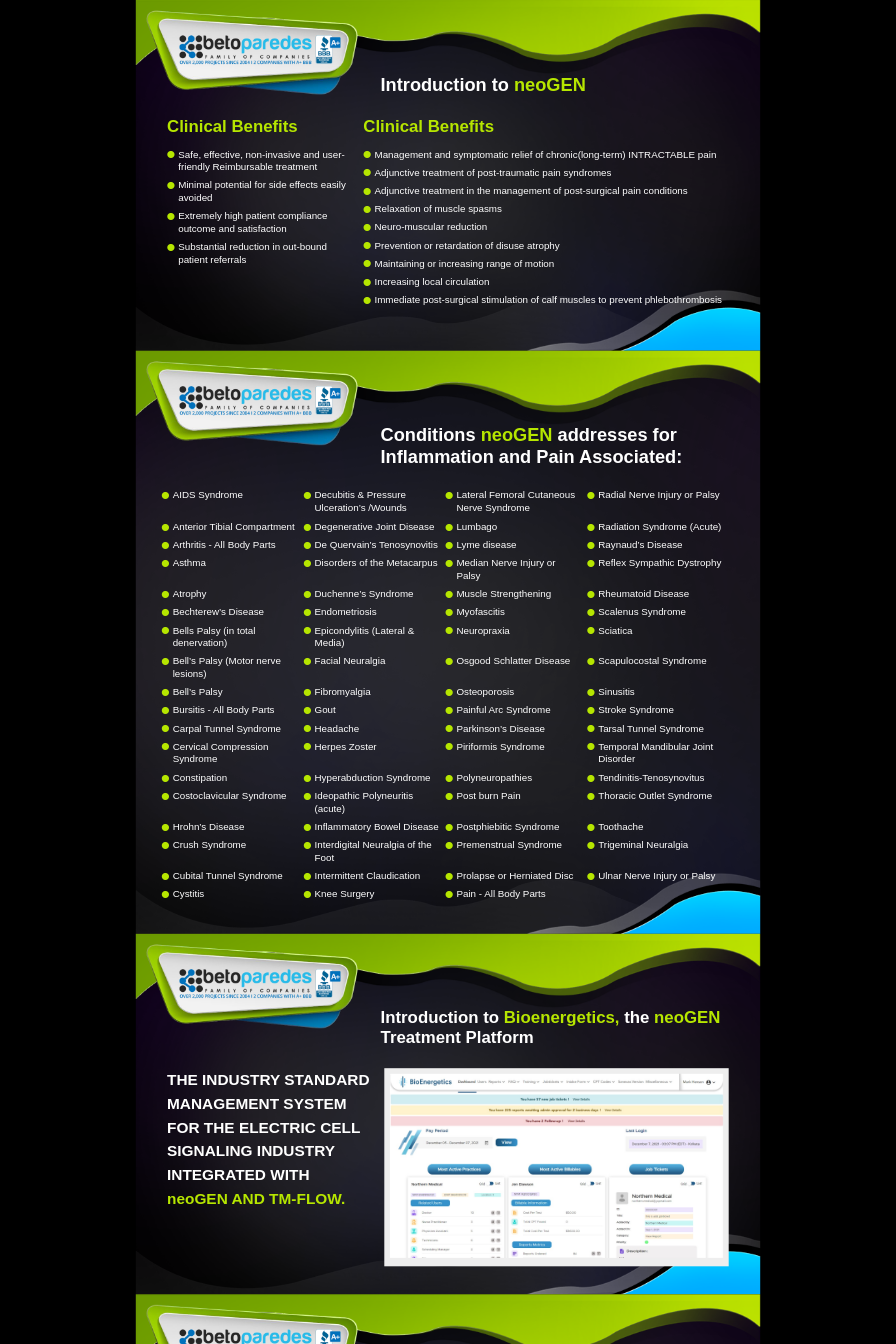
Repository: koushikbiswas/Beto_Paredes_Family_Opportunities_Intro_Deck
Page: slide29.html
These files come from the project's save history. The page is drawn as it stood at one moment and after the next save; the edit follows.
The browser window is 1280 px wide. The pictures show the part of the page from y = 0 to 1920 px (the page is 6095 px tall before and 6416 px after), at 70% of full size.

Above is the page before, as saved 2021-12-22 11:01:31.

### slide29.html
<!DOCTYPE html>
<html lang="en">
<head>
    <meta charset="UTF-8">
    <meta http-equiv="X-UA-Compatible" content="IE=edge">
    <meta name="viewport" content="width=device-width, initial-scale=1.0">
    <title>Document</title>
    <link rel="stylesheet" href="assets/css/slide.css">
</head>
<body>
    <!-- -----------START SLIDE 19 HTML----------- -->
    <div class="pdfhomepagemain slide19">
        <div class="pdfmaincontainer">
            <div class="pdfheaderblock">
                <div class="pdfheaderblockinner">
                    <div class="pdflogowrapper">
                        <img src="assets/images/common/pdflogo.png" alt="logo">
                    </div>
                </div>
            </div>
            <div class="pdfmaincontent">
                <div class="pdfmaincontentinner">
                    <p>Introduction to <span>neoGEN</span></p>
                    <div class="pdfmaincontentlists">
                        <div class="pdfmaincontentlistsleft">
                            <h2>Clinical Benefits</h2>
                            <ul>
                                <li>Safe, effective, non-invasive and user-friendly Reimbursable treatment</li>
                                <li>Minimal potential for side effects easily avoided</li>
                                <li>Extremely high patient compliance outcome and satisfaction</li>
                                <li>Substantial reduction in out-bound patient referrals</li>
                            </ul>
                        </div>
                        <div class="pdfmaincontentlistsright">
                            <h2>Clinical Benefits</h2>
                            <ul>
                                <li>Management and symptomatic relief of chronic(long-term) INTRACTABLE pain</li>
                                <li>Adjunctive treatment of post-traumatic pain syndromes</li>
                                <li>Adjunctive treatment in the management of post-surgical pain conditions</li>
                                <li>Relaxation of muscle spasms</li>
                                <li>Neuro-muscular reduction</li>
                                <li>Prevention or retardation of disuse atrophy</li>
                                <li>Maintaining or increasing range of motion</li>
                                <li>Increasing local circulation</li>
                                <li>Immediate post-surgical stimulation of calf muscles to prevent phlebothrombosis</li>
                            </ul>
                        </div>
                    </div>
                </div>
            </div>
            <div class="pdffooterblock">
            </div>
        </div>
    </div> <!-------------END SLIDE 19 HTML------------->
    <!-- -----------START SLIDE 20 HTML----------- -->
    <div class="pdfhomepagemain slide20">
        <div class="pdfmaincontainer">
            <div class="pdfheaderblock">
                <div class="pdfheaderblockinner">
                    <div class="pdflogowrapper">
                        <img src="assets/images/common/pdflogo.png" alt="logo">
                    </div>
                </div>
            </div>
            <div class="pdfmaincontent">
                <div class="pdfmaincontentinner">
                    <p>Conditions <span>neoGEN</span> addresses for <br>Inflammation and Pain Associated:</p>
                    <div class="pdfmaincontentlists">
                       <ul>
                           <li>AIDS Syndrome</li>
                           <li>Decubitis & Pressure Ulceration’s /Wounds</li>
                           <li>Lateral Femoral Cutaneous Nerve Syndrome</li>
                           <li>Radial Nerve Injury or Palsy</li>

                           <li>Anterior Tibial Compartment</li>
                           <li>Degenerative Joint Disease</li>
                           <li>Lumbago</li>
                           <li>Radiation Syndrome (Acute)</li>

                           <li>Arthritis - All Body Parts</li>
                           <li>De Quervain’s Tenosynovitis</li>
                           <li>Lyme disease</li>
                           <li>Raynaud’s Disease</li>

                           <li>Asthma</li>
                           <li>Disorders of the Metacarpus</li>
                           <li>Median Nerve Injury or Palsy</li>
                           <li>Reflex Sympathic Dystrophy</li>

                           <li>Atrophy</li>
                           <li>Duchenne’s Syndrome</li>
                           <li>Muscle Strengthening</li>
                           <li>Rheumatoid Disease</li>

                           <li>Bechterew’s Disease</li>
                           <li>Endometriosis</li>
                           <li>Myofascitis</li>
                           <li>Scalenus Syndrome</li>

                           <li>Bells Palsy (in total denervation)</li>
                           <li>Epicondylitis (Lateral & Media)</li>
                           <li>Neuropraxia</li>
                           <li>Sciatica</li>

                           <li>Bell’s Palsy (Motor nerve lesions)</li>
                           <li>Facial Neuralgia</li>
                           <li>Osgood Schlatter Disease</li>
                           <li>Scapulocostal Syndrome</li>

                           <li>Bell’s Palsy</li>
                           <li>Fibromyalgia</li>
                           <li>Osteoporosis</li>
                           <li>Sinusitis</li>

                           <li>Bursitis - All Body Parts</li>
                           <li>Gout</li>
                           <li>Painful Arc Syndrome</li>
                           <li>Stroke Syndrome</li>

                           <li>Carpal Tunnel Syndrome</li>
                           <li>Headache</li>
                           <li>Parkinson’s Disease</li>
                           <li>Tarsal Tunnel Syndrome</li>

                           <li>Cervical Compression Syndrome</li>
                           <li>Herpes Zoster</li>
                           <li>Piriformis Syndrome</li>
                           <li>Temporal Mandibular Joint Disorder</li>

                           <li>Constipation</li>
                           <li>Hyperabduction Syndrome</li>
                           <li>Polyneuropathies</li>
                           <li>Tendinitis-Tenosynovitus</li>

                           <li>Costoclavicular Syndrome</li>
                           <li>Ideopathic Polyneuritis (acute)</li>
                           <li>Post burn Pain</li>
                           <li>Thoracic Outlet Syndrome</li>

                           <li>Hrohn’s Disease</li>
                           <li>Inflammatory Bowel Disease</li>
                           <li>Postphiebitic Syndrome</li>
                           <li>Toothache</li>

                           <li>Crush Syndrome</li>
                           <li>Interdigital Neuralgia of the Foot</li>
                           <li>Premenstrual Syndrome</li>
                           <li>Trigeminal Neuralgia</li>

                           <li>Cubital Tunnel Syndrome</li>
                           <li>Intermittent Claudication</li>
                           <li>Prolapse or Herniated Disc</li>
                           <li>Ulnar Nerve Injury or Palsy</li>

                           <li>Cystitis</li>
                           <li>Knee Surgery</li>
                           <li>Pain - All Body Parts </li>
                       </ul>
                    </div>
                </div>
            </div>
            <div class="pdffooterblock">
            </div>
        </div>
    </div> <!-------------END SLIDE 20 HTML------------->
    <!-- -----------START SLIDE 21 HTML----------- -->
    <div class="pdfhomepagemain slide21">
        <div class="pdfmaincontainer">
            <div class="pdfheaderblock">
                <div class="pdfheaderblockinner">
                    <div class="pdflogowrapper">
                        <img src="assets/images/common/pdflogo.png" alt="logo">
                    </div>
                </div>
            </div>
            <div class="pdfmaincontent">
                <div class="pdfmaincontentinner">
                    <p>Introduction to <span>Bioenergetics,</span> the <span>neoGEN</span><br>Treatment Platform</p>
                    <div class="pdfmaincontentinnerbottom">
                        <div class="pdfmaincontentinnerbottominner">
                            <p>THE INDUSTRY STANDARD <br>MANAGEMENT SYSTEM <br>FOR THE ELECTRIC CELL <br>SIGNALING INDUSTRY <br>INTEGRATED WITH <span><br>neoGEN AND TM-FLOW.</span></p>
                        </div>
                        <div class="pdfmainimgwrapper">
                               <img src="assets/images/slide21-screenimg.jpg" alt="slide21 screenimg">
                        </div>
                    </div>
                </div>
            </div>
            <div class="pdffooterblock">
            </div>
        </div>
    </div> <!-------------END SLIDE 21 HTML------------->
    <!-- -----------START SLIDE 22 HTML----------- -->
    <div class="pdfhomepagemain slide22">
        <div class="pdfmaincontainer">
            <div class="pdfheaderblock">
                <div class="pdfheaderblockinner">
                    <div class="pdflogowrapper">
                        <img src="assets/images/common/pdflogo.png" alt="logo">
                    </div>
                </div>
            </div>
            <div class="pdfmaincontent">
                <div class="pdfmaincontentinner">
                    <p>Introduction to <span>Bioenergetics,</span> the <span>neoGEN</span><br>Treatment Platform</p>
                    <div class="pdfmaincontentinnerbottom">
                        <div class="pdfmaincontentinnerbottominner">
                            <p>Bioenergetics was developed <br>through industry experts and the <br>LABS engineering division of the <br>Beto Paredes Family of <br>Companies. This is an enterprise <br>management system that works <br>with all required staff members <br>and multiple locations. All users <br>have the ability to collaborate on <br>medical device reporting data <br>and billing.</p>
                        </div>
                        <div class="pdfmainimgwrapper">
                            <img src="assets/images/slide22-screenimg.jpg" alt="slide22 screenimg">
                        </div>
                    </div>
                </div>
            </div>
            <div class="pdffooterblock">
            </div>
        </div>
    </div> <!-------------END SLIDE 22 HTML------------->
    <!-- -----------START SLIDE 23 HTML----------- -->
    <div class="pdfhomepagemain slide23">
        <div class="pdfmaincontainer">
            <div class="pdfheaderblock">
                <div class="pdfheaderblockinner">
                    <div class="pdflogowrapper">
                        <img src="assets/images/common/pdflogo.png" alt="logo">
                    </div>
                </div>
            </div>
            <div class="pdfmaincontent">
                <div class="pdfmaincontentinner">
                    <p>Introduction to <span>Bioenergetics, neoGEN</span><br>Treatment Platform</p>
                    <div class="pdfmaincontentinnerbottom">
                        <div class="pdfmaincontentinnerbottominner">
                            <p>Bioenergetics operates through <br>custom-engineered treatment <br>plans and algorithms built to <br>manage long term treatment <br>protocol and display validated <br>medical information. We have <br>coded the <span>LCD</span> requirements and <br>qualify encounter form and billing <br>information directly from the <br>reporting data. We fully prepare <br>encounter data for physician <br>review and digital signature.</p>
                        </div>
                        <div class="pdfmainimgwrapper">
                            <img src="assets/images/slide23-screenimg.jpg" alt="slide23 screenimg">
                        </div>
                    </div>
                </div>
            </div>
            <div class="pdffooterblock">
            </div>
        </div>
    </div> <!-------------END SLIDE 23 HTML------------->
    <!-- -----------START SLIDE 24 HTML----------- -->
    <div class="pdfhomepagemain slide24">
        <div class="pdfmaincontainer">
            <div class="pdfheaderblock">
                <div class="pdfheaderblockinner">
                    <div class="pdflogowrapper">
                        <img src="assets/images/common/pdflogo.png" alt="logo">
                    </div>
                </div>
            </div>
            <div class="pdfmaincontent">
                <div class="pdfmaincontentinner">
                    <p>Introduction to <span>Bioenergetics, neoGEN</span><br>Treatment Platform</p>
                    <div class="pdfmaincontentinnerbottom">
                        <div class="pdfmaincontentinnerbottominner">
                            <p>Our management system was <br>developed in collaboration with <br>one of the largest medical device <br>manufacturers in the United <br>States. They currently have 8,000 <br>electric cell signaling devices in <br>the field. We also represent their <br>neoGEN product in combination <br>with the sale of this treatment <br>management platform.</p>
                        </div>
                        <div class="pdfmainimgwrapper">
                            <img src="assets/images/slide24-screenimg.jpg" alt="slide24 screenimg">
                        </div>
                    </div>
                </div>
            </div>
            <div class="pdffooterblock">
            </div>
        </div>
    </div> <!-------------END SLIDE 24 HTML------------->
    <!-- -----------START SLIDE 25 HTML----------- -->
    <div class="pdfhomepagemain slide25">
        <div class="pdfmaincontainer">
            <div class="pdfheaderblock">
                <div class="pdfheaderblockinner">
                    <div class="pdflogowrapper">
                        <img src="assets/images/common/pdflogo.png" alt="logo">
                    </div>
                </div>
            </div>
            <div class="pdfmaincontent">
                <div class="pdfmaincontentinner">
                    <p>Introduction to Practice Presence – <br><span>Online Marketing Web for Practices</span></p>
                    <div class="pdfmaincontentinnerbottom">
                        <div class="pdfmaincontentinnerbottominner">
                            <p>PRACTICE PRESENCE IS A FULL MARKETING WEBSITE BUILT FOR <span>DOCTORS, HOSPITALS AND PHYSICIAN PRACTICES.</span></p>
                        </div>
                        <div class="pdfmainimgwrapper">
                               <img src="assets/images/slide25-screenimg.png" alt="slide25 screenimg">
                        </div>
                    </div>
                </div>
            </div>
            <div class="pdffooterblock">
            </div>
        </div>
    </div> <!-------------END SLIDE 25 HTML------------->
    <!-- -----------START SLIDE 26 HTML----------- -->
    <div class="pdfhomepagemain slide26">
        <div class="pdfmaincontainer">
            <div class="pdfheaderblock">
                <div class="pdfheaderblockinner">
                    <div class="pdflogowrapper">
                        <img src="assets/images/common/pdflogo.png" alt="logo">
                    </div>
                </div>
            </div>
            <div class="pdfmaincontent">
                <div class="pdfmaincontentinner">
                    <p>Introduction to Practice Presence – <br><span>Online Marketing Web for Practices</span></p>
                    <div class="pdfmaincontentinnerbottom">
                        <div class="pdfmaincontentinnerbottominner">
                            <p>Practice Presence was developed <br>to support the <span>practices, hospitals, <br>and medical facilities</span> with <br>marketing the cutting-edge <br>programs we represent to their <br>patients. Each web comes with <br>full marketing materials and <br>information for download <br>explaining <span>neoGEN and TM-Flow</span> <br>in a way that patients <br>can understand.</p>
                        </div>
                        <div class="pdfmainimgwrapper">
                            <img src="assets/images/slide26-screenimg.png" alt="slide26 screenimg">
                        </div>
                    </div>
                </div>
            </div>
            <div class="pdffooterblock">
            </div>
        </div>
    </div> <!-------------END SLIDE 26 HTML------------->

    <!-- -----------START SLIDE 27 HTML----------- -->
    <div class="pdfhomepagemain slide27">
        <div class="pdfmaincontainer">
            <div class="pdfheaderblock">
                <div class="pdfheaderblockinner">
                    <div class="pdflogowrapper">
                        <img src="assets/images/common/pdflogo.png" alt="logo">
                    </div>
                </div>
            </div>
            <div class="pdfmaincontent">
                <div class="pdfmaincontentinner">
                    <p>Introduction to Practice Presence – <br><span>Online Marketing Web for Practices</span></p>
                    <div class="pdfmaincontentinnerbottom">
                        <div class="pdfmaincontentinnerbottominner">
                            <p>The <span>Beto Paredes Family of <br>Companies have been leaders in <br>website development since 2004</span>. <br>In that time, we have built the <br>ultimate website marketing system <br>for medical. The full suite comes <br>with video pages, full staff entry, <br>physician journaling, testimonial <br>software, services listings, and <br>social sharing programs.</p>
                        </div>
                        <div class="pdfmainimgwrapper">
                            <img src="assets/images/slide27-screenimg.png" alt="slide27 screenimg">
                        </div>
                    </div>
                </div>
            </div>
            <div class="pdffooterblock">
            </div>
        </div>
    </div> <!-------------END SLIDE 27 HTML------------->

    <!-- -----------START SLIDE 28 HTML----------- -->
    <div class="pdfhomepagemain slide28">
        <div class="pdfmaincontainer">
            <div class="pdfheaderblock">
                <div class="pdfheaderblockinner">
                    <div class="pdflogowrapper">
                        <img src="assets/images/common/pdflogo.png" alt="logo">
                    </div>
                </div>
            </div>
            <div class="pdfmaincontent">
                <div class="pdfmaincontentinner">
                    <p>Introduction to Practice Presence – <br><span>Online Marketing Web for Practices</span></p>
                    <p class="parabottom">Combining all the practice’s current information <br>with new program details, clients make a serious <br>impact facilitating <span>TM-Flow and <br>neoGEN</span> treatments. Although our website <br>software outperforms most medical marketing <br>websites it is only available as an add on sale <br>for practices that purchase our products.</p>
                </div>
            </div>
            <div class="pdffooterblock">
            </div>
        </div>
    </div> <!-------------END SLIDE 28 HTML------------->
    <!-- -----------START SLIDE 29 HTML----------- -->
    <div class="pdfhomepagemain slide29">
        <div class="pdfmaincontainer">
            <div class="pdfheaderblock">
                <div class="pdfheaderblockinner">
                    <div class="pdflogowrapper">
                        <img src="assets/images/common/pdflogo.png" alt="logo">
                    </div>
                </div>
            </div>
            <div class="pdfmaincontent">
                <div class="pdfmaincontentinner">
                    <h2><span>Over</span> 2,000 PROJECT SINCE 2004 <br>2 COMPANIES WITH A+ BBB</h2>
                    <h1>THANK YOU FOR REVIEWING THE OPPORTUNITY WITH US HERE AT THE BETO PAREDES FAMILY OF COMPANIES. WE REALLY HOPE TO SEE YOU JOIN US AS A SALES REP!</h1>
                    <p>You can contact me directly as well as sign up right away on our website at <a href="https://www.betoparedes.com/" target="_blank">www.betoparedes.com</a></p>
                    <h4>BETO PAREDES - <a href="tel:208.440.0928" target="_top">208.440.0928</a>  |  <a href="mailto:beto@betoparedes.com" target="_top">beto@betoparedes.com</a></h4>
                    <div class="logolists">
                        <div class="logoimg">
                            <img src="assets/images/slide29-tmflowlogo.png" alt="tmflowlogo">
                        </div>
                        <div class="logoimg">
                            <img src="assets/images/slide29-neogenlogo.jpg" alt="neogenlogo">
                        </div>
                        <div class="logoimg">
                            <img src="assets/images/slide29-pecelogo.png" alt="pecelogo">
                        </div>
                        <div class="logoimg">
                            <img src="assets/images/slide29-biologo.jpg" alt="biologo">
                        </div>
                        <div class="logoimg">
                            <img src="assets/images/slide29-practiceogo.png" alt="practiceogo">
                        </div>
                    </div>
                </div>
            </div>
            <div class="pdffooterblock">
            </div>
        </div>
    </div>    <!-- -----------END SLIDE 29 HTML----------- -->

</body>
</html>

Loaded but not shown: assets/css/slide.css (137 lines, source omitted)

After the next save:
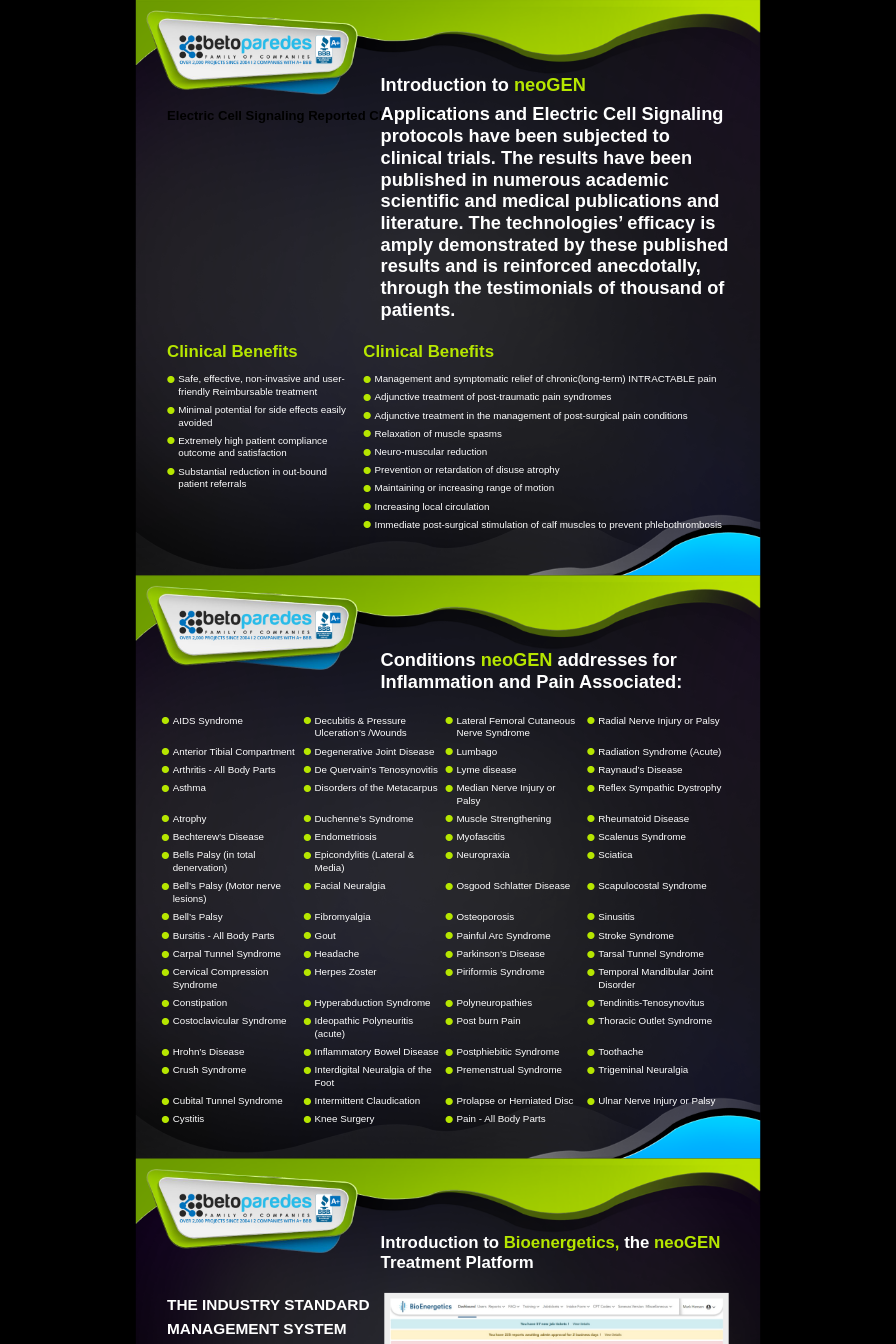
Saved 35 s later.
--- a/slide29.html
+++ b/slide29.html
@@ -21,6 +21,8 @@
             <div class="pdfmaincontent">
                 <div class="pdfmaincontentinner">
                     <p>Introduction to <span>neoGEN</span></p>
+                    <h3>Electric Cell Signaling Reported Clinical Benefits</h3>
+                    <p>Applications and Electric Cell Signaling protocols have been subjected to clinical trials. The results have been published in numerous academic scientific and medical publications and literature. The technologies’ efficacy is amply demonstrated by these published results and is reinforced anecdotally, through the testimonials of thousand of patients.</p>
                     <div class="pdfmaincontentlists">
                         <div class="pdfmaincontentlistsleft">
                             <h2>Clinical Benefits</h2>
